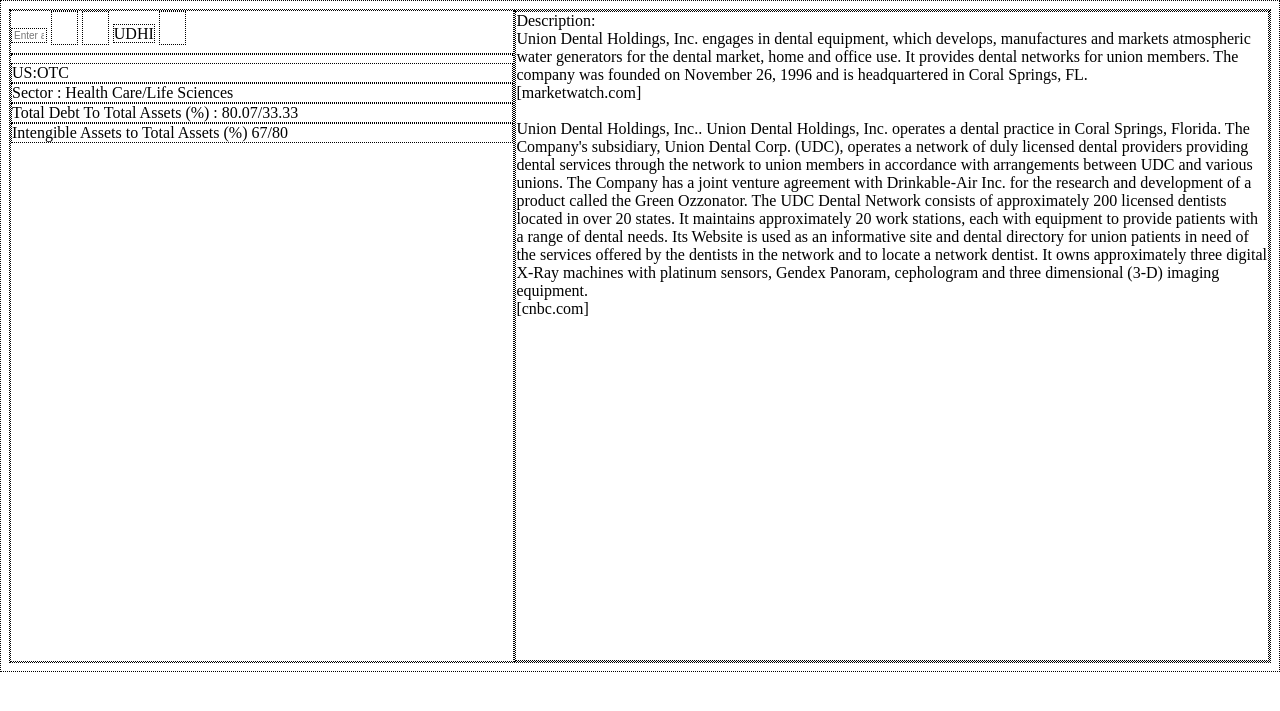
Repository: hadi4172/halal-stock-scanner
Page: popup.html
The author's editor kept a copy of each file at every save. The page is drawn from the files as they stood at one save, then again after the next save.
The browser window is 1280 px wide. The pictures show the whole page.

Above is the page before, as saved 2020-09-24 17:59:13.

After the next save:
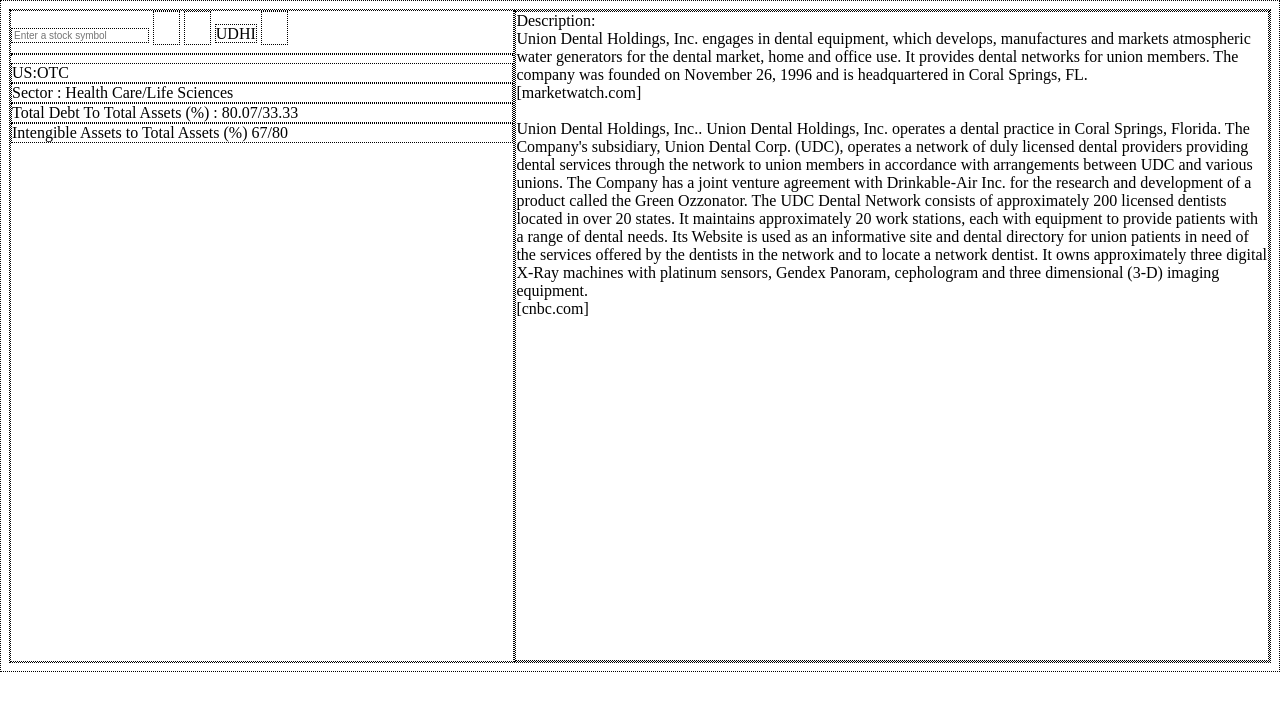
Saved 17 s later.
--- a/popup.css
+++ b/popup.css
@@ -20,6 +20,6 @@
 }
 
 #input{
-    max-width: 30px;
+    max-width: 70%;
     font-size: 10px;
 }
